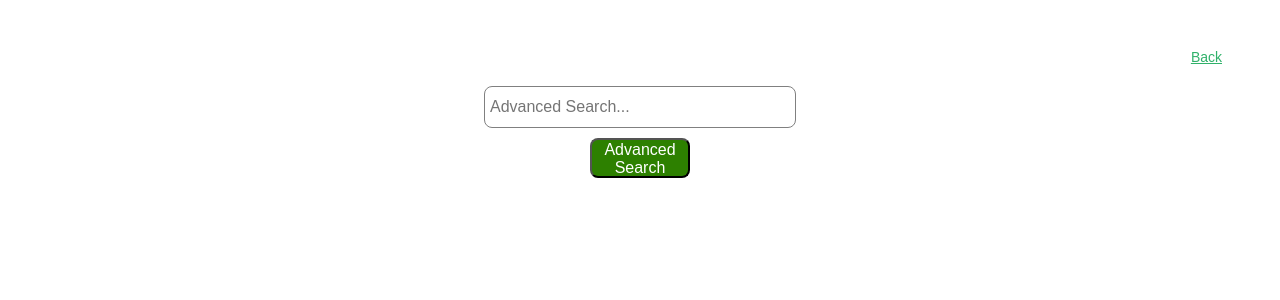
Repository: lyutok/cs50-search-project
Page: advanced.html
An editor plug-in stored every save of this project. The page is shown before and after the next save, followed by the edit.
The browser window is 1280 px wide. The pictures show the whole page.
The style sheet was rebuilt from its Sass, Less or Tailwind sources for each picture, by a compiler version that may differ from the author's.

Above is the page before, as saved 2025-07-07 10:51:48.

### advanced.html
<!DOCTYPE html>
<html lang="en">
<head>
    <meta name="viewport" content="width=device-width, initial-scale=1.0" charset="UTF-8">
    <title>Advanced Search</title>
    <link rel="stylesheet" href="styles.css">
    </head>
<body>
    <div>
        <a href="google.html">Back</a>
    </div>
    <form action="https://www.google.com/search">
        <input type="text" name="q" required placeholder="Advanced Search...">
        <br>
        <button id="advanced" type="submit">Advanced Search</button>
    </form>
</body>
</html>

### styles.scss
$color: rgb(48, 177, 106);

a {
    font-size: 14px;
    color: $color;
    padding: 10px;
}

body {
    font-family: Arial, sans-serif;
    padding: 20px;
    text-align: center;

    div {
        text-align: right;
        padding: 20px;
    }
}

input {
    width: 300px;
    height: 30px;
    border-radius: 8px;
    border: 1px solid grey;
    padding: 5px;
    font-size: 16px;
}

button {
    margin: 10px;
    border-radius: 8px;
    background-color: rgb(45, 128, 0);
    font-size: 16px;
    color: white;
    height: 40px;
    width: 100px;

    &.advanced {
    background-color: rgb(45, 156, 236);
  }
}

button:hover {
                background-color: rgb(192, 196, 186);
            }

After the next save:
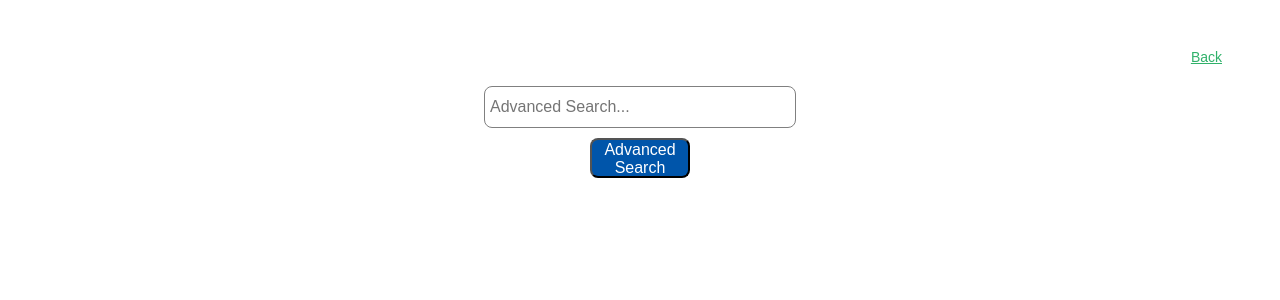
Saved 2 min 40 s later.
--- a/styles.scss
+++ b/styles.scss
@@ -34,10 +34,10 @@ button {
     color: white;
     height: 40px;
     width: 100px;
+}
 
-    &.advanced {
-    background-color: rgb(45, 156, 236);
-  }
+#advanced {
+  background-color: rgb(0, 85, 170);
 }
 
 button:hover {
